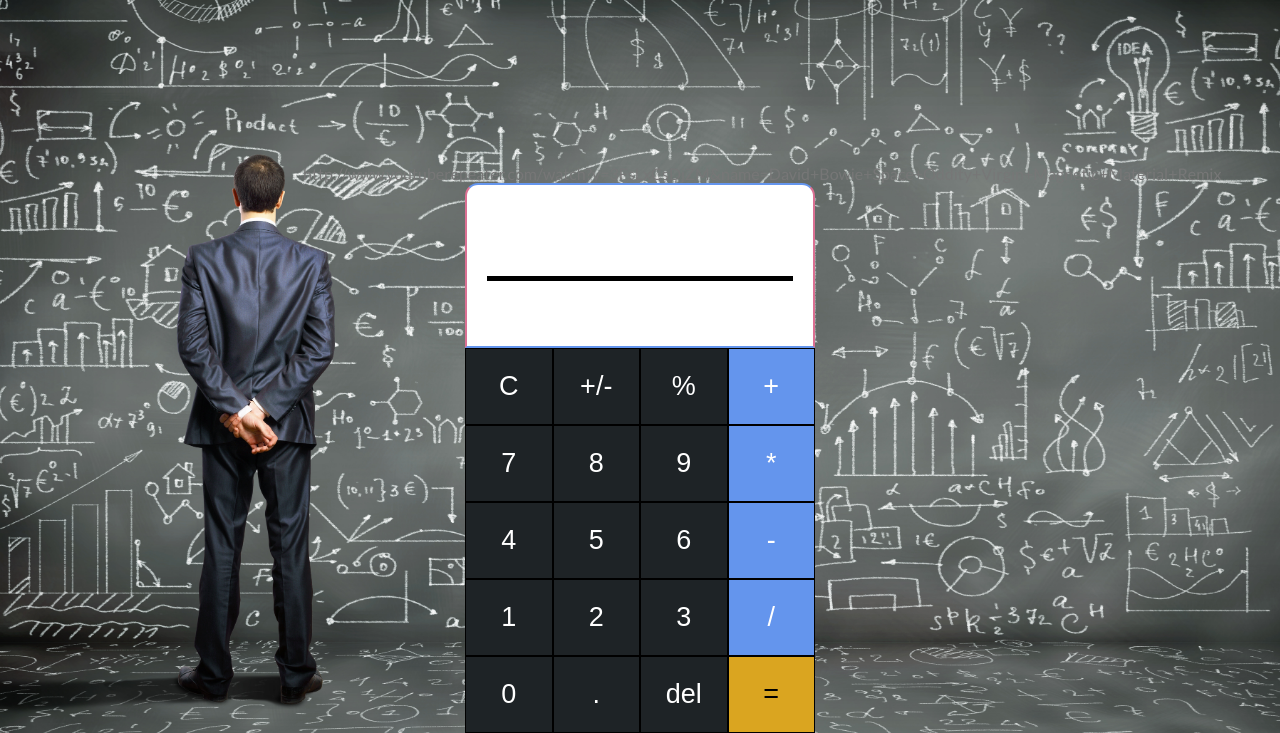
Repository: OfirLana/Calculator
Page: index.html
These files come from the project's save history. The page is drawn as it stood at one moment and after the next save; the edit follows.
The browser window is 1280 px wide. The pictures show the whole page.

Above is the page before, as saved 2019-03-18 18:29:12.

### index.html
<!DOCTYPE html>
<html lang="en">

<head>
    <meta charset="UTF-8">
    <meta name="viewport" content="width=device-width, initial-scale=1.0">
    <meta http-equiv="X-UA-Compatible" content="ie=edge">
    <link href="https://fonts.googleapis.com/css?family=Lato:100,300,400,700,900" rel="stylesheet">
    <title>Document</title>
    <link rel="stylesheet" href="style.css">
</head>
<iframe src="" frameborder="0"></iframe>
http://www.youtuberepeater.com/watch?v=3FsLxCsDjZM&name=David+Bowie+Space+Oddity+Virgin+Magnetic+Material+Remix
<body>

    <div class="calculator">
        <div class="output_box">
            <div class="main_output" ></div>
            <div class="sub_output"></div>
        </div>


        <div class="opeartor_box">
            <button class="btn dlt">C</button>
            <button class="btn">+/-</button>
            <button class="btn ">%</button>
            <button class="btn op">+</button>
            <button class="btn">7</button>
            <button class="btn">8</button>
            <button class="btn">9</button>
            <button class="btn op">*</button>
            <button class="btn">4</button>
            <button class="btn">5</button>
            <button class="btn">6</button>
            <button class="btn op">-</button>
            <button class="btn">1</button>
            <button class="btn">2</button>
            <button class="btn">3</button>
            <button class="btn op">/</button>
            <button class="btn">0</button>
            <button class="btn">.</button>
            <button class="btn">del</button>
            <button class="btn sum">=</button>


        </div>








    </div>
    <script src="index.js"></script>
</body>

</html>

### style.css
* {
    margin: 0;
    padding: 0;
    box-sizing: border-box;
}

html {
    font-size: 62.5%;
}

body {
    font-family: "Lato", sans-serif;
    font-size: 1.6rem;
    color: #777;
    padding: 3rem 0px 0px 0px;
    /* background: cadetblue; */
    background:url(img/math2.jpg);
    background-size: cover;

}



.calculator {
    display: flex;
    flex-direction: column;
    margin: 0 auto;
    width: 35rem;
    height: 55rem;
    /* border: 1px solid red; */
    border-radius: 5px;
}

.output_box {
    display: flex;
    flex-direction: column;
    flex-basis: 30%;
    border: 2px solid cornflowerblue;
    border-radius: 13px 13px 0px 0px;
    border-right: 2px solid palevioletred;
    border-left: 2px solid palevioletred;
    width: 100%;
    justify-content: space-between;
    padding:0px 20px;
    background:white;
    color:black;
    font-size:19px;
}

.main_output {
    display: flex;
    /* border: 1px solid blue; */
    height: 9rem;
    justify-content: center;
    align-items:center;
    /* background:blue; */
  /* border:1px solid tomato; */
    width:100%;
    /* background:blue; */
    text-align:end;
    overflow: hidden;

}






.sub_output {
    display: flex;
    font-size: 4rem;
    font-weight: 700;
    /* border: 1px solid salmon; */
    height: 7rem;
    /* background:red; */

    justify-content: center;
    align-items: center;
    overflow: hidden;
    border-top:5px solid black;
    /* background:tomato; */
}

.opeartor_box{
    display:flex;
    /* flex-direction: column; */
    flex-wrap:wrap;
    width:100%;
    /* border:5px solid purple; */
    flex-basis:70%;
}

.btn{
    width:25%;
    height:20%;
    background:#1E2326;
    border: 1px solid black;
    color:white;
    font-size:27px;
    font-weight:100;
    cursor: pointer;
}

.btn:active{
    background: salmon;
    border:1px solid black;
}
.btn:hover{
    opacity:0.8;
}
.op {
    background:cornflowerblue;
}

.sum{
    background:goldenrod;
    color:black;
}

Loaded but not shown: index.js (no copy from this time; the picture is the same without it)

After the next save:
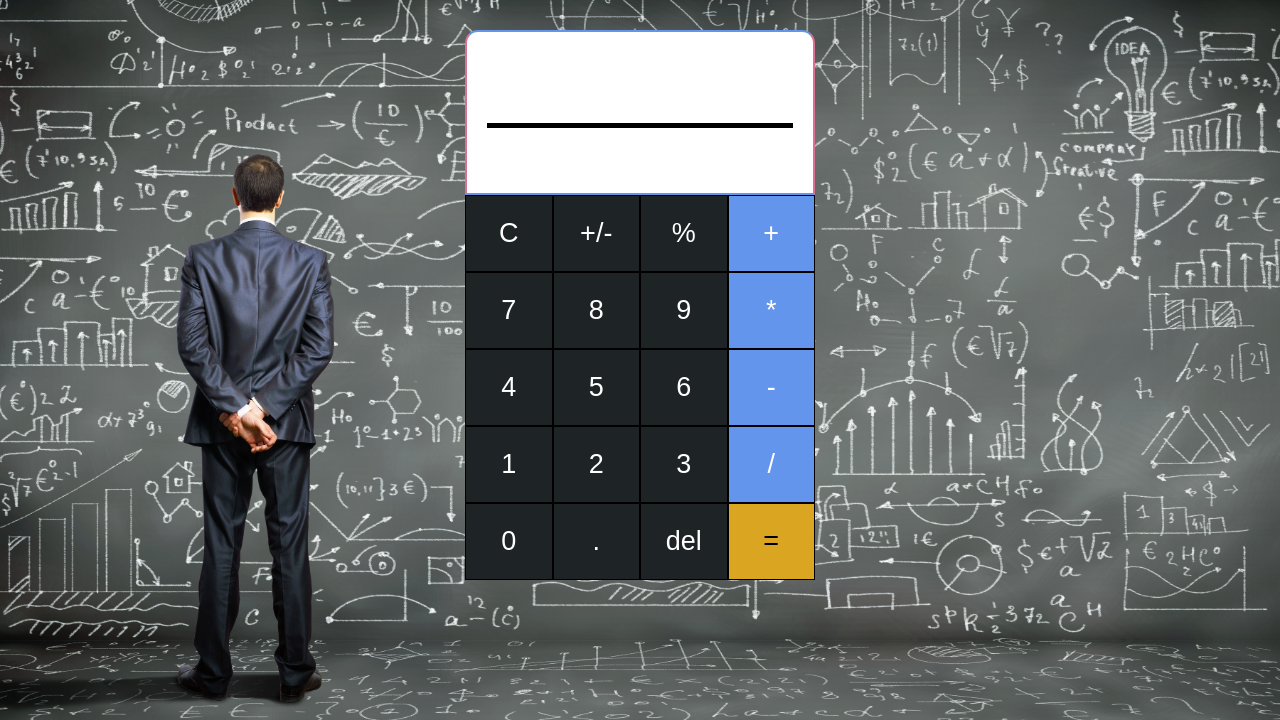
Saved 4 s later.
--- a/index.html
+++ b/index.html
@@ -9,8 +9,7 @@
     <title>Document</title>
     <link rel="stylesheet" href="style.css">
 </head>
-<iframe src="" frameborder="0"></iframe>
-http://www.youtuberepeater.com/watch?v=3FsLxCsDjZM&name=David+Bowie+Space+Oddity+Virgin+Magnetic+Material+Remix
+
 <body>
 
     <div class="calculator">
